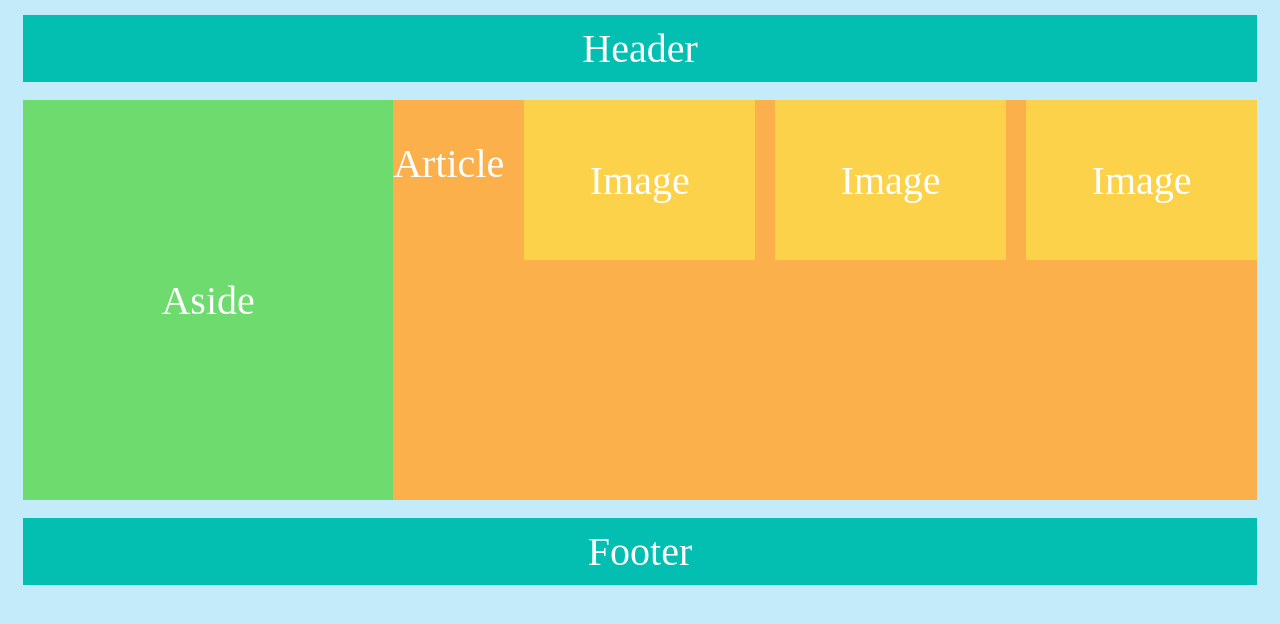
Repository: huyennvo/CSS
Page: flex-css-example/index.html
These files come from the project's save history. The page is drawn as it stood at one moment and after the next save; the edit follows.
The browser window is 1280 px wide. The pictures show the whole page.

Above is the page before, as saved 2022-07-18 11:24:45.

After the next save:
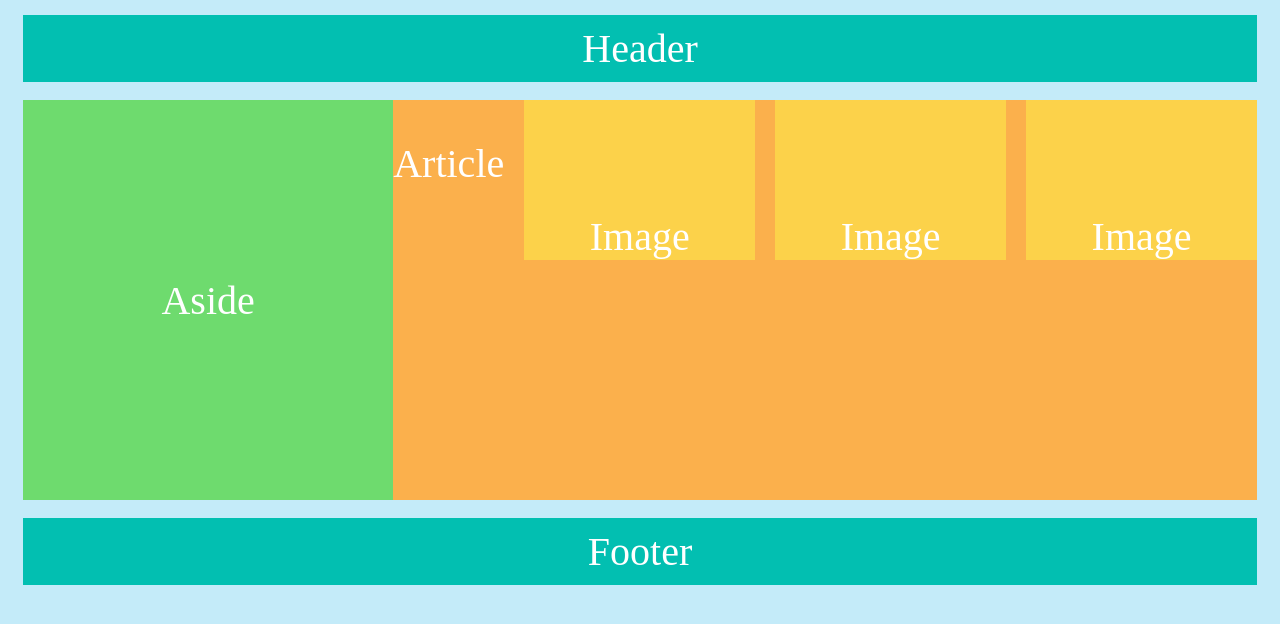
Saved 20 s later.
--- a/flex-css-example/index.css
+++ b/flex-css-example/index.css
@@ -62,6 +62,6 @@ p {
      width: 30%;
      height: 40%;
      margin-left: 20px;
-
+     align-items: flex-end;
 
 }
